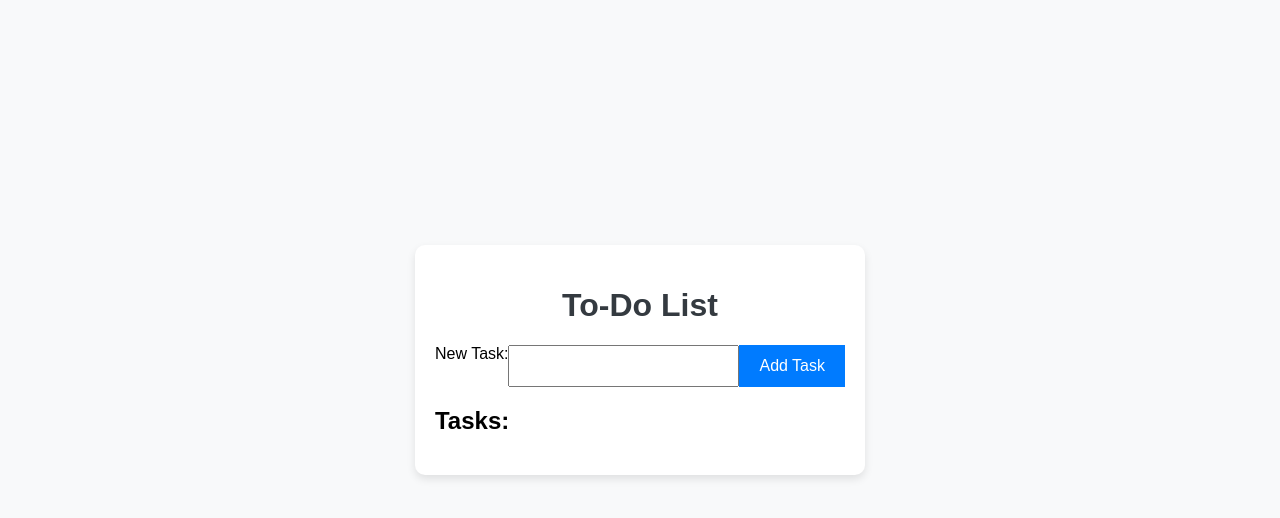
Repository: samoshi/To-do
Page: http://localhost/
An editor plug-in stored every save of this project. The page is shown before and after the next save, followed by the edit.
The browser window is 1280 px wide. The pictures show the whole page.
The page is served by the project's application, run on Flask 3 (app/app.py).

Above is the page before, as saved 2024-01-13 22:52:51.

After the next save:
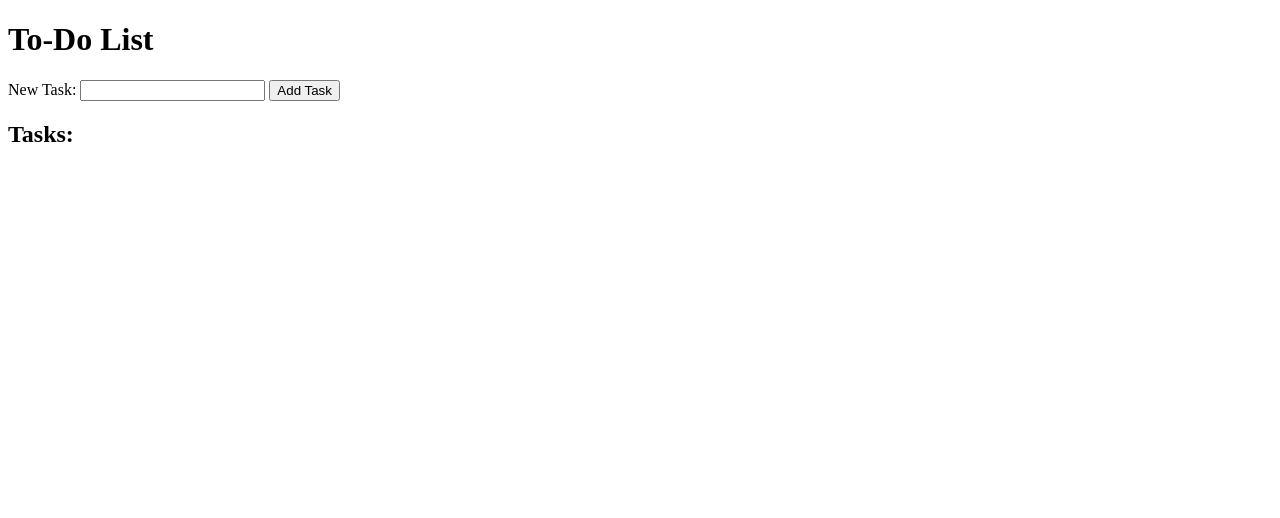
Saved 57 s later.
--- a/app/static/style.css
+++ b/app/static/style.css
@@ -1,93 +1,23 @@
-body {
-    font-family: 'Arial', sans-serif;
-    background-color: #f8f9fa;
-    display: flex;
-    align-items: center;
-    justify-content: center;
-    height: 100vh;
-    margin: 0;
+// static/script.js
+
+function enableTaskInteractivity() {
+    $('li').hover(
+        function() {
+            // Mouse enters: darken background, show red cross
+            $(this).css('background-color', '#f8d7da');
+            $(this).append('<span class="remove-task">❌</span>');
+        },
+        function() {
+            // Mouse leaves: revert background, hide red cross
+            $(this).css('background-color', '#fff');
+            $(this).find('.remove-task').remove();
+        }
+    );
+
+    $('li').click(function() {
+        // Click on task: toggle completion, remove the task
+        $(this).toggleClass('completed').fadeOut('slow', function() {
+            $(this).remove();
+        });
+    });
 }
-
-.container {
-    background-color: #fff;
-    padding: 20px;
-    border-radius: 10px;
-    box-shadow: 0 4px 8px rgba(0, 0, 0, 0.1);
-}
-
-h1 {
-    color: #343a40;
-    text-align: center;
-}
-
-form {
-    display: flex;
-    justify-content: space-between;
-    margin-bottom: 20px;
-}
-
-form input {
-    flex: 1;
-    padding: 10px;
-    font-size: 16px;
-}
-
-form button {
-    background-color: #007bff;
-    color: #fff;
-    border: none;
-    padding: 10px 20px;
-    font-size: 16px;
-    cursor: pointer;
-}
-
-ul {
-    list-style: none;
-    padding: 0;
-}
-
-li {
-    background-color: #fff;
-    padding: 15px;
-    margin-bottom: 10px;
-    border-radius: 5px;
-    box-shadow: 0 2px 4px rgba(0, 0, 0, 0.1);
-    display: flex;
-    justify-content: space-between;
-    align-items: center;
-}
-
-.completed {
-    text-decoration: line-through;
-    color: #6c757d;
-}
-
-li span {
-    flex: 1;
-}
-
-li a {
-    color: #dc3545;
-    cursor: pointer;
-}
-
-li:hover {
-    cursor: pointer;
-}
-
-.completed {
-    background-color: #d4edda;
-    text-decoration: line-through;
-    color: #155724;
-}
-
-.remove-task {
-    float: right;
-    color: #dc3545;
-    cursor: pointer;
-    font-weight: bold;
-}
-
-.remove-task:hover {
-    color: #721c24;
-}

After the 2 saves that followed:
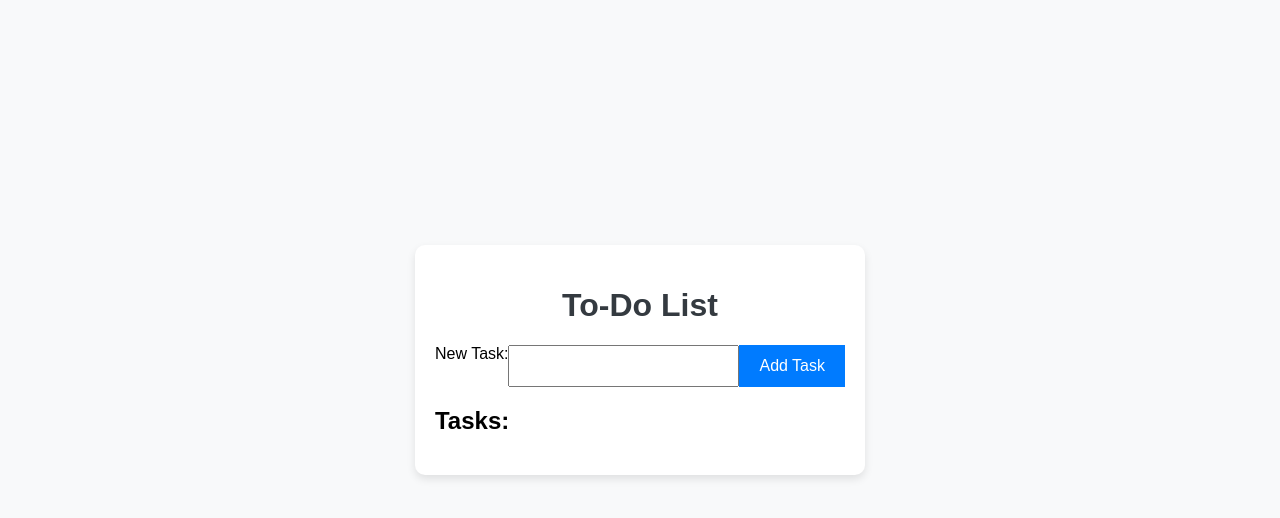
The 2 saves are shown as one change because 1 left the picture as it was.
The last was saved 14 s later.
--- a/app/static/style.css
+++ b/app/static/style.css
@@ -1,23 +1,93 @@
-// static/script.js
+body {
+    font-family: 'Arial', sans-serif;
+    background-color: #f8f9fa;
+    display: flex;
+    align-items: center;
+    justify-content: center;
+    height: 100vh;
+    margin: 0;
+}
 
-function enableTaskInteractivity() {
-    $('li').hover(
-        function() {
-            // Mouse enters: darken background, show red cross
-            $(this).css('background-color', '#f8d7da');
-            $(this).append('<span class="remove-task">❌</span>');
-        },
-        function() {
-            // Mouse leaves: revert background, hide red cross
-            $(this).css('background-color', '#fff');
-            $(this).find('.remove-task').remove();
-        }
-    );
+.container {
+    background-color: #fff;
+    padding: 20px;
+    border-radius: 10px;
+    box-shadow: 0 4px 8px rgba(0, 0, 0, 0.1);
+}
 
-    $('li').click(function() {
-        // Click on task: toggle completion, remove the task
-        $(this).toggleClass('completed').fadeOut('slow', function() {
-            $(this).remove();
-        });
-    });
+h1 {
+    color: #343a40;
+    text-align: center;
 }
+
+form {
+    display: flex;
+    justify-content: space-between;
+    margin-bottom: 20px;
+}
+
+form input {
+    flex: 1;
+    padding: 10px;
+    font-size: 16px;
+}
+
+form button {
+    background-color: #007bff;
+    color: #fff;
+    border: none;
+    padding: 10px 20px;
+    font-size: 16px;
+    cursor: pointer;
+}
+
+ul {
+    list-style: none;
+    padding: 0;
+}
+
+li {
+    background-color: #fff;
+    padding: 15px;
+    margin-bottom: 10px;
+    border-radius: 5px;
+    box-shadow: 0 2px 4px rgba(0, 0, 0, 0.1);
+    display: flex;
+    justify-content: space-between;
+    align-items: center;
+}
+
+.completed {
+    text-decoration: line-through;
+    color: #6c757d;
+}
+
+li span {
+    flex: 1;
+}
+
+li a {
+    color: #dc3545;
+    cursor: pointer;
+}
+
+li:hover {
+    cursor: pointer;
+}
+
+.completed {
+    background-color: #d4edda;
+    text-decoration: line-through;
+    color: #155724;
+}
+
+.remove-task {
+    float: right;
+    color: #dc3545;
+    cursor: pointer;
+    font-weight: bold;
+}
+
+.remove-task:hover {
+    color: #721c24;
+}
--- a/app/static/script.js
+++ b/app/static/script.js
@@ -15,7 +15,9 @@ function enableTaskInteractivity() {
     );
 
     $('li').click(function() {
-        // Click on task: toggle completion
-        $(this).toggleClass('completed');
+        // Click on task: toggle completion, remove the task
+        $(this).toggleClass('completed').fadeOut('slow', function() {
+            $(this).remove();
+        });
     });
 }
